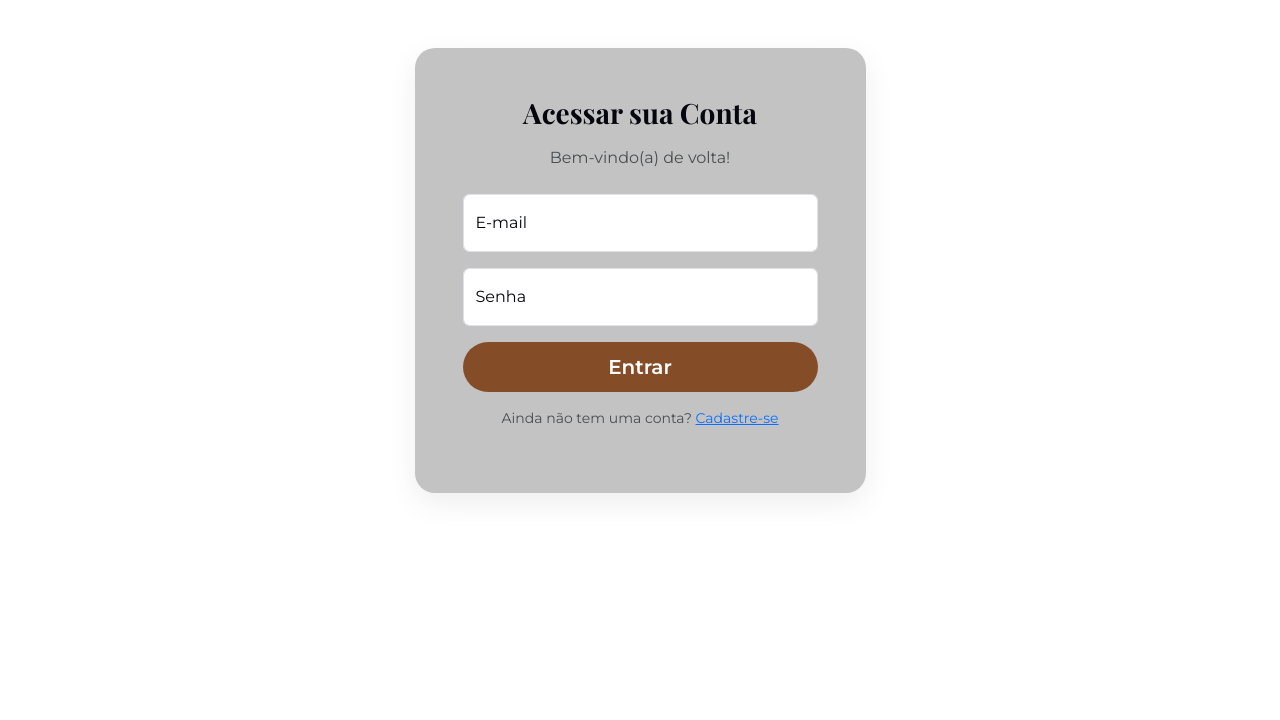
Repository: Lucascsg/projeto-anasouza-frontend
Page: login.html
An editor plug-in stored every save of this project. The page is shown before and after the next save, followed by the edit.
The browser window is 1280 px wide. The pictures show the whole page.

Above is the page before, as saved 2025-10-21 22:36:12.

### login.html
<!DOCTYPE html>
<html lang="pt-br">
<head>
    <meta charset="UTF-8">
    <meta name="viewport" content="width=device-width, initial-scale=1.0">
    <title>Login - Ana Souza</title>
    <link href="https://cdn.jsdelivr.net/npm/bootstrap@5.3.2/dist/css/bootstrap.min.css" rel="stylesheet">
    <link rel="stylesheet" href="css/style.css">
    <link rel="stylesheet" href="https://cdn.jsdelivr.net/npm/bootstrap-icons@1.11.1/font/bootstrap-icons.css">
    <link rel="preconnect" href="https://fonts.googleapis.com">
    <link rel="preconnect" href="https://fonts.gstatic.com" crossorigin>
    <link href="https://fonts.googleapis.com/css2?family=Montserrat:wght@400;500;600&family=Playfair+Display:wght@700&family=Great+Vibes&display=swap" rel="stylesheet">
</head>
<body class="bg-white-page">

    <header>
        </header>

    <main class="container my-5">
        <div class="row justify-content-center">
            <div class="col-lg-5 col-md-8">
                <div class="form-container section-card">
                    <div class="text-center mb-4">
                        <h1 class="h3 mb-3 fw-bold">Acessar sua Conta</h1>
                        <p class="text-muted">Bem-vindo(a) de volta!</p>
                    </div>
                    <form id="login-form">
                        <div class="form-floating mb-3">
                            <input type="email" class="form-control" id="email" placeholder="nome@exemplo.com" required>
                            <label for="email">E-mail</label>
                        </div>
                        <div class="form-floating mb-3">
                            <input type="password" class="form-control" id="senha" placeholder="Senha" required>
                            <label for="senha">Senha</label>
                        </div>
                        <div class="d-grid mb-3">
                            <button class="btn btn-custom-primary btn-lg" type="submit">Entrar</button>
                        </div>
                        <p class="text-center text-muted small">
                            Ainda não tem uma conta? <a href="cadastro.html">Cadastre-se</a>
                        </p>
                    </form>
                </div>
            </div>
        </div>
    </main>

    <script src="https://cdn.jsdelivr.net/npm/bootstrap@5.3.2/dist/js/bootstrap.bundle.min.js"></script>
    </body>
</html>

### css/style.css
/* =================================== */
/* VARIÁVEIS GLOBAIS E ESTILOS BASE    */
/* =================================== */
:root {
    /* Sua paleta de cores (mantive suas últimas alterações) */
    --cor-base-escura: #854D27;
    --cor-acao-vibrante: #854D27;
    --cor-detalhe-quente: #29524A;
    --cor-texto-escuro: #06070E;

    /* Cores Neutras e de Fundo */
    --cor-fundo-claro: #F8F5F2;
    --cor-texto-claro: #FFFFFF;
}

body {
    font-family: 'Montserrat', sans-serif;
    background-color: #B16262;
    color: var(--cor-texto-escuro);
}

/* Estilo para páginas com fundo branco específico */
body.bg-white-page {
    background-color: #FFFFFF;
}

h1, h2, h3, h4, h5, h6 {
    font-family: 'Playfair Display', serif;
    color: var(--cor-detalhe-quente);
}

/* =================================== */
/* ESTILOS DA BARRA DE NAVEGAÇÃO       */
/* =================================== */
.navbar-custom {
    background-color: var(--cor-base-escura);
}
/* ... (O resto dos estilos da navbar e do logo permanecem como você enviou) ... */
.navbar-brand.logo-text {
    display: flex;
    flex-direction: column;
    justify-content: center;
    padding: 0;
    position: relative;
    top: 2px;
}
.navbar-brand div {
    font-family: 'Great Vibes', cursive;
    font-size: 2.2rem;
    color: #FFD972 !important;
    line-height: 1;
    font-weight: normal;
}
.navbar-brand .logo-subtitle {
    font-family: 'Montserrat', sans-serif;
    font-size: 0.6rem;
    text-transform: uppercase;
    letter-spacing: 0.1em;
    display: block;
    opacity: 0.9;
    color: #FFD972;
    margin-top: -5px;
}
/* ... (outros estilos da navbar que você enviou) ... */
.navbar-custom .navbar-brand img {
    height: 40px;
}
.navbar-custom .nav-link {
    color: var(--cor-texto-claro);
    font-weight: 500;
    text-transform: uppercase;
    font-size: 0.9rem;
    padding: 0.5rem 1rem;
    transition: opacity 0.3s;
}
.navbar-custom .nav-link:hover {
    opacity: 0.8;
}
.navbar-icons a {
    color: var(--cor-texto-claro);
    font-size: 1.2rem;
    transition: opacity 0.3s;
}
.navbar-icons a:hover {
    opacity: 0.8;
}


/* =================================== */
/* ESTILOS DA SEÇÃO HERO (IMAGEM)      */
/* =================================== */
#hero {
    position: relative;
    height: 90vh;
    width: 100%;
    display: flex;
    align-items: center;
    justify-content: center;

    /* --- ATUALIZAÇÃO PARA IMAGEM DE FUNDO --- */
    background: url('../imagens/hero-background.jpg') no-repeat center center/cover;
}

#hero::after {
    content: '';
    position: absolute;
    top: 0;
    left: 0;
    width: 100%;
    height: 100%;
    background: rgba(0, 0, 0, 0.6);
    z-index: 1;
}

#hero .hero-content {
    position: relative;
    z-index: 2;
}

#hero .hero-content h1 {
    font-weight: 700;
    color: var(--cor-texto-claro);
}

#hero .hero-content .btn {
    border-radius: 50px;
    padding: 12px 30px;
    font-weight: 600;
}


/* ... (O resto do seu CSS continua exatamente como você enviou) ... */

/* =================================== */
/* ESTILOS GERAIS DAS SEÇÕES           */
/* =================================== */
section h2 {
    color: var(--cor-detalhe-quente);
    margin-bottom: 1rem;
}

/* =================================== */
/* ESTILOS DA SEÇÃO DE PRODUTOS        */
/* =================================== */
.product-card {
    border: none;
    border-radius: 15px;
    box-shadow: 0 4px 15px rgba(0, 0, 0, 0.08);
    transition: all 0.3s ease-in-out;
}
.product-card:hover {
    transform: translateY(-8px);
    box-shadow: 0 8px 25px rgba(0, 0, 0, 0.12);
}
.product-card .card-title {
    color: var(--cor-texto-escuro);
    font-weight: 600;
}
.product-card .btn {
    border-radius: 50px;
    padding: 8px 25px;
    font-weight: 500;
    border-color: var(--cor-base-escura);
    color: var(--cor-base-escura);
}
.product-card .btn:hover {
    background-color: var(--cor-base-escura);
    color: white;
}

/* =================================== */
/* ESTILOS DA SEÇÃO DE BLOG            */
/* =================================== */
.btn-custom-primary {
    background-color: var(--cor-acao-vibrante);
    color: white;
    border: none;
    border-radius: 50px;
    padding: 10px 30px;
    font-weight: 600;
    transition: all 0.3s;
}
.btn-custom-primary:hover {
    background-color: var(--cor-acao-vibrante);
    color: white;
    opacity: 0.9;
    transform: translateY(-2px);
}
#blog img {
    border-radius: 15px;
}

/* =================================== */
/* ESTILOS DO RODAPÉ (FOOTER)          */
/* =================================== */
.footer-custom {
    background-color: var(--cor-base-escura);
}
.footer-custom a {
    text-decoration: none;
    transition: opacity 0.3s;
}
.footer-custom a:hover {
    opacity: 0.8;
}

/* =================================== */
/* ESTILO DE SEÇÃO EM FORMATO DE CARD  */
/* =================================== */

.section-card {
    background-color: #c3c3c3; /* Fundo branco para o card */
    padding: 3rem 2rem;        /* Espaçamento interno generoso */
    border-radius: 20px;       /* As pontas curvadas que você pediu */
    box-shadow: 0 10px 30px rgba(0, 0, 0, 0.07); /* Sombra sutil para "flutuar" */
}

/* =================================== */
/* Estilos da Página de Produto        */
/* =================================== */

.product-price {
    color: var(--cor-detalhe-quente); /* Usando o verde/marrom dos títulos */
    font-weight: 600;
}

/* =================================== */
/* Estilos da Personalização de Cor    */
/* =================================== */

.seletor-cor {
    width: 32px;
    height: 32px;
    border-radius: 50%; /* Deixa o elemento redondo */
    border: 2px solid #eee;
    cursor: pointer;
    margin-right: 10px;
    margin-bottom: 10px;
    transition: transform 0.2s ease-in-out;
    background-size: cover;
    background-position: center;
}

.seletor-cor:hover {
    transform: scale(1.1); /* Efeito de zoom no hover */
}

/* Estilo para o seletor de cor que está ativo/selecionado */
.seletor-cor.active {
    border-color: var(--cor-base-escura); /* Usa a cor da navbar para destacar */
    box-shadow: 0 0 8px rgba(0, 0, 0, 0.3);
}

/* ============================================= */
/* REFINAMENTO DA PÁGINA DE POST (LEIA MAIS)     */
/* ============================================= */

/* 1. Controlando o tamanho da imagem de destaque */
#post-imagem {
    max-height: 450px; /* Define uma altura máxima para a imagem */
    width: 100%;
    object-fit: cover;   /* Garante que a imagem cubra o espaço sem distorcer */
    border-radius: 15px; /* Bordas mais suaves, combinando com o resto do site */
}

/* 2. Ajustando o Título e a Data */
#post-titulo {
    margin-top: 2.5rem; /* Adiciona mais espaço acima do título */
}

#post-data {
    font-size: 0.8rem;
    text-transform: uppercase;
    letter-spacing: 0.05em; /* Espaçamento entre as letras para um look mais "design" */
}

/* 3. Melhorando a legibilidade do texto do artigo */
#post-conteudo p {
    font-size: 1.1rem;      /* Aumenta um pouco o tamanho da fonte para leitura */
    line-height: 1.8;       /* Aumenta o espaçamento entre as linhas, essencial para textos longos */
    color: #343a40;         /* Um cinza mais escuro para melhor contraste e conforto visual */
}

/* Estilo para os cards de resumo na página de agradecimento */
.summary-item-card {
    background-color: #c3c3c3 !important; /* O cinza que você usou nos section-cards */
    border: none;
    color: var(--cor-texto-escuro); /* Garante que o texto dentro seja escuro */
}

/* =================================== */
/* Estilos para Formulários de Login/Cadastro */
/* =================================== */
.form-container {
    padding: 2rem;
}

@media (min-width: 768px) {
    .form-container {
        padding: 3rem;
    }
}

After the next save:
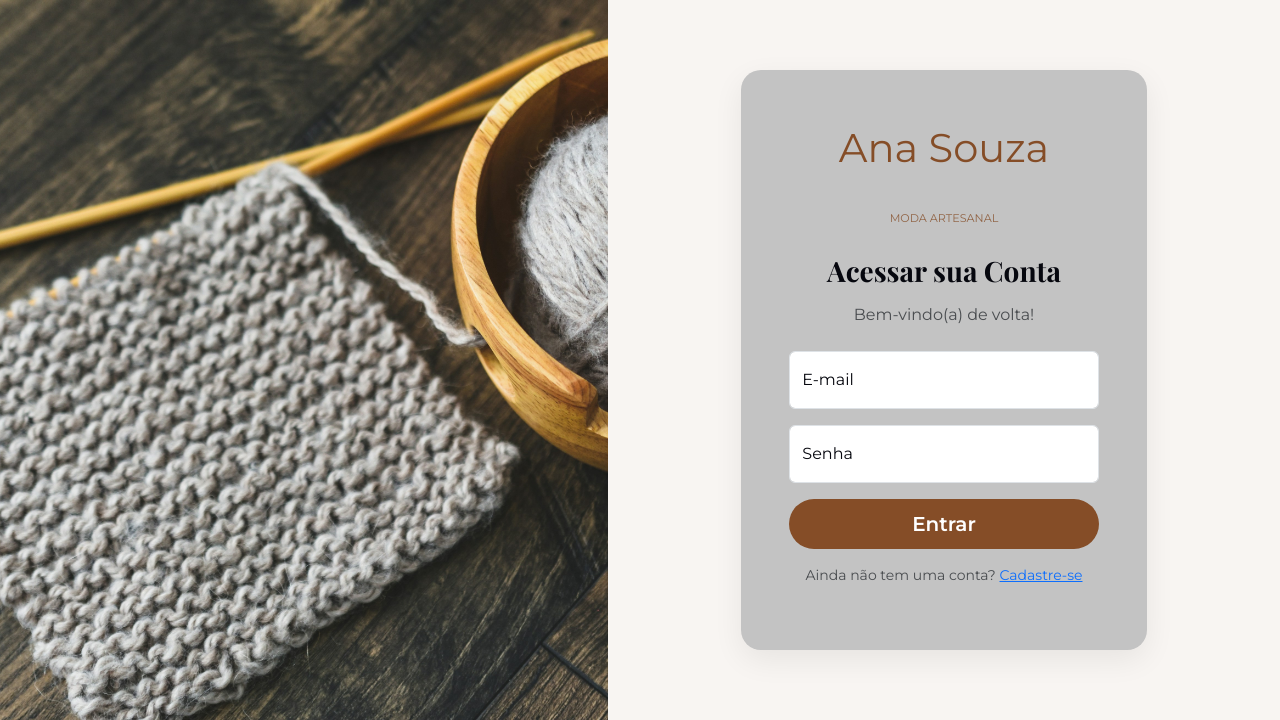
Saved 6 min 6 s later.
--- a/login.html
+++ b/login.html
@@ -10,17 +10,43 @@
     <link rel="preconnect" href="https://fonts.googleapis.com">
     <link rel="preconnect" href="https://fonts.gstatic.com" crossorigin>
     <link href="https://fonts.googleapis.com/css2?family=Montserrat:wght@400;500;600&family=Playfair+Display:wght@700&family=Great+Vibes&display=swap" rel="stylesheet">
+    <style>
+        /* Estilo para garantir altura total e split screen */
+        body, html { height: 100%; }
+        .split-container { display: flex; min-height: 100vh; }
+        .split-image {
+            background: url('imagens/hero-background.jpg') no-repeat center center/cover; /* Use uma imagem bonita da sua marca */
+            flex: 1;
+        }
+        .split-form {
+            flex: 1;
+            display: flex;
+            align-items: center;
+            justify-content: center;
+            padding: 2rem;
+            background-color: var(--cor-fundo-claro); /* Fundo bege claro para a parte do form */
+        }
+        /* Ajuste para telas menores */
+        @media (max-width: 767px) {
+            .split-container { flex-direction: column; }
+            .split-image { min-height: 250px; flex: none; } /* Imagem fica no topo */
+            .split-form { padding: 1.5rem; }
+        }
+    </style>
 </head>
-<body class="bg-white-page">
+<body>
 
-    <header>
-        </header>
+    <div class="split-container">
+        <div class="split-image d-none d-md-block"></div>
 
-    <main class="container my-5">
-        <div class="row justify-content-center">
-            <div class="col-lg-5 col-md-8">
+        <div class="split-form">
+            <div class="col-lg-8 col-md-10 col-sm-12">
                 <div class="form-container section-card">
                     <div class="text-center mb-4">
+                        <a class="logo-text d-inline-block mb-3 text-decoration-none" href="index.html" style="font-size: 2.5rem; color: var(--cor-base-escura) !important;">
+                            <div>Ana Souza</div>
+                            <small class="logo-subtitle" style="font-size: 0.7rem; color: var(--cor-base-escura); opacity: 0.8;">MODA ARTESANAL</small>
+                        </a>
                         <h1 class="h3 mb-3 fw-bold">Acessar sua Conta</h1>
                         <p class="text-muted">Bem-vindo(a) de volta!</p>
                     </div>
@@ -43,8 +69,8 @@
                 </div>
             </div>
         </div>
-    </main>
+    </div>
 
     <script src="https://cdn.jsdelivr.net/npm/bootstrap@5.3.2/dist/js/bootstrap.bundle.min.js"></script>
-    </body>
+</body>
 </html>
